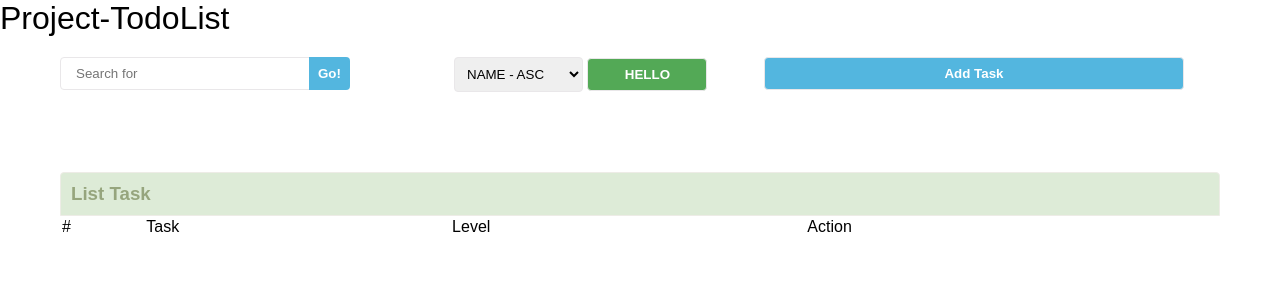
Repository: dinhconglam2306/frontend_tu_xa
Page: B08/Exercise_todolist/index.html
These files come from the project's save history. The page is drawn as it stood at one moment and after the next save; the edit follows.
The browser window is 1280 px wide. The pictures show the whole page.

Above is the page before, as saved 2021-04-15 02:56:07.

### B08/Exercise_todolist/index.html
<!DOCTYPE html>
<html lang="en">
  <head>
    <meta charset="UTF-8" />
    <meta http-equiv="X-UA-Compatible" content="IE=edge" />
    <meta name="viewport" content="width=device-width, initial-scale=1.0" />
    <title>Document</title>
    <link rel="stylesheet" href="css/style.css" />
  </head>
  <body>
    <h1>Project-TodoList</h1>
    <div id="container" class="container">
      <div class="container_right">
        <input class="search" type="search" placeholder="Search for" />
        <button class="search_go">Go!</button>
      </div>

      <div class="container_center">
        <select id="sort_by">
          <option value="name_asc">NAME - ASC</option>
          <option value="name_desc">NAME - DESC</option>
          <option value="level_asc">LEVEL - ASC</option>
          <option value="level_desc">LEVEL - DESC</option>
          <!-- <option value="sort_by" selected></option> -->
        </select>
        <button class="button_sort_by">HELLO</button>
      </div>

      <div class="container_left">
        <button class="add_task" onclick="showAddTask();">Add Task</button>
        <div class="container_left_bottom" id="container_left_bottom">
          <div>
            <input
              class="task_name"
              id="task_name"
              type="text"
              placeholder="Task Name"
            />
            <select id="level" value="Hight">
              <!-- <option value="medium" selected>Medium</option>
                        <option value="hight">Hight</option>
                        <option value="small">Small</option> -->
            </select>
            <button
              class="submit"
              id="btn-createListTask"
              onclick="createListTask();"
            >
              Submit</button
            ><br />
            <button class="cancel" id="cancel" onclick="Cancel();">
              Cancel
            </button>
          </div>
        </div>
      </div>
    </div>

    <div class="table_list_task">
      <h3 class="title">List Task</h3>
      <table id="list-task">
        <tr class="tr-table">
          <td>#</td>
          <td>Task</td>
          <td>Level</td>
          <td>Action</td>
        </tr>
      </table>
    </div>

    <script src="js/showAddTask.js"></script>
    <script src="js/createListTask.js"></script>
  </body>
</html>

### B08/Exercise_todolist/css/style.css
* {
  margin: 0px;
  padding: 0px;
  font-family: Arial, Helvetica, sans-serif;
  box-sizing: border-box;
}

#container {
  width: 100%;
  display: flex;
  justify-content: space-between;
  padding: 20px;
}
h1 {
  font-weight: 200;
}
/* ===========CONTAINER-RIGHT================ */
#container .container_right {
  width: 35%;
  position: relative;
  display: inline-block;
}
#container .container_right .search {
  width: 250px;
  border: 1px solid #e9e7e9;
  border-top-left-radius: 4px;
  border-bottom-left-radius: 4px;
  padding: 8px;
  margin-left: 40px;
  outline: none;
  padding-left: 15px;
  cursor: pointer;
}
#container .container_right .search:focus {
  box-shadow: -1px -1px rgb(212, 205, 212);
}
#container .container_right .search_go {
  padding: 9px;
  background-color: #53b6df;
  color: white;
  border-top-right-radius: 4px;
  border-bottom-right-radius: 4px;
  border: none;
  position: absolute;
  left: 289px;
  outline: none;
  cursor: pointer;
  font-weight: bold;
}
#container .container_right .search_go:hover {
  background-color: rgb(195, 233, 121);
  color: black;
}

/* ===========CONTAINER-CENTER================ */
#container .container_center {
  width: 25%;
}
#container .container_center #sort_by {
  padding: 8px;
  border-radius: 4px;
  outline: none;
  border: 1px solid #e9e7e9;
}
#container .container_center .button_sort_by {
  min-width: 120px;
  padding: 8px;
  border-radius: 4px;
  border: 1px solid #e9e7e9;
  background-color: #53a956;
  font-weight: bold;
  color: white;
  outline: none;
  cursor: pointer;
}
#container .container_center .button_sort_by:hover {
  background-color: #53b6df;
}

/* ===========CONTAINER-LEFT================ */
#container .container_left {
  width: 40%;
  display: inline-block;
}
#container .container_left .add_task {
  width: 420px;
  padding: 8px;
  background-color: #53b6df;
  color: white;
  border-radius: 4px;
  border: 1px solid #e9e7e9;
  outline: none;
  font-weight: bold;
  cursor: pointer;
}
#container .container_left .add_task:hover {
  background-color: rgb(195, 233, 121);
  color: black;
}
#container .container_left .container_left_bottom {
  display: none;
  margin-top: 20px;
}
#container .container_left .container_left_bottom .task_name {
  border: 1px solid #e9e7e9;
  border-radius: 4px;
  padding: 8px;
  outline: none;
  padding-left: 15px;
  cursor: pointer;
}
#container .container_left .container_left_bottom #level {
  padding: 8px;
  border-radius: 4px;
  outline: none;
  border: 1px solid #e9e7e9;
}
#container .container_left .container_left_bottom .submit {
  padding: 8px;
  border-radius: 4px;
  border: 1px solid #e9e7e9;
  background-color: #2b76bb;
  color: white;
  outline: none;
  cursor: pointer;
}
#container .container_left .container_left_bottom .cancel {
  padding: 8px;
  border-radius: 4px;
  border: 1px solid #e9e7e9;
  outline: none;
  cursor: pointer;
  background-color: white;
}
/* ===========TABLE-LIST-TASK================ */
.table_list_task {
  padding: 60px;
}
.table_list_task .title {
  border: 1px solid #edece6;
  padding: 10px;
  border-top-left-radius: 4px;
  border-top-right-radius: 4px;
  background-color: #ddebd7;
  color: #96a57d;
}

table {
  width: 100%;
}

### B08/Exercise_todolist/js/showAddTask.js
 var clickAddTask = 0;
function showAddTask(){
  var showAddTask = document.getElementById("container_left_bottom");
  clickAddTask+=1;
  if(clickAddTask %2!=0){
    showAddTask.style.display="block"
  }else{
    showAddTask.style.display="none"
  }

}
// function Cancel(){
//   var showAddTask = document.getElementById("container_left_bottom");
//   showAddTask.style.display="none"
// }

Loaded but not shown: B08/Exercise_todolist/js/createListTask.js (no stored copy; drawn as an empty file)

After the next save:
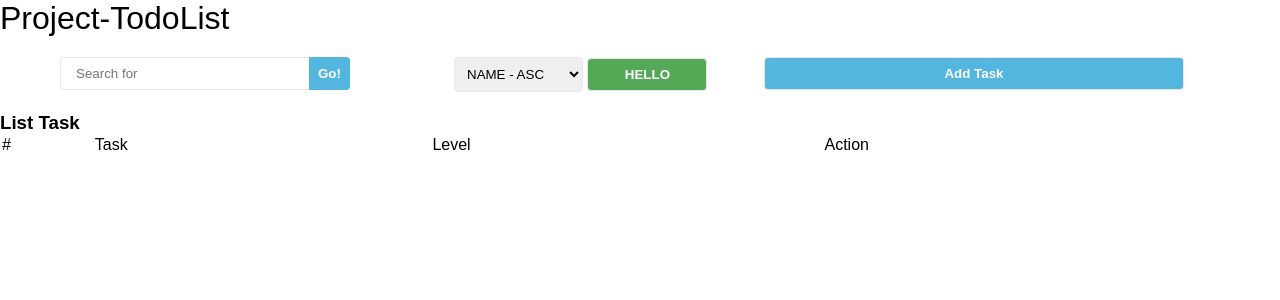
Saved 8 s later.
--- a/B08/Exercise_todolist/index.html
+++ b/B08/Exercise_todolist/index.html
@@ -56,7 +56,7 @@
       </div>
     </div>
 
-    <div class="table_list_task">
+    <div class="task">
       <h3 class="title">List Task</h3>
       <table id="list-task">
         <tr class="tr-table">

After the save that followed:
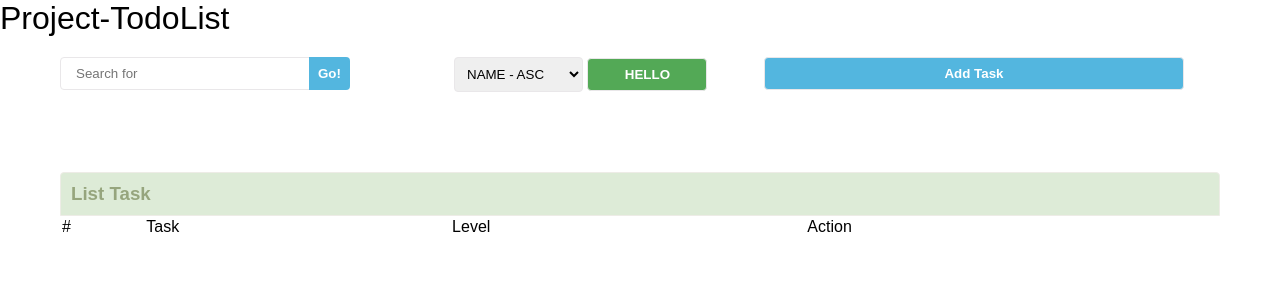
Saved 15 s later.
--- a/B08/Exercise_todolist/css/style.css
+++ b/B08/Exercise_todolist/css/style.css
@@ -133,10 +133,10 @@ h1 {
   background-color: white;
 }
 /* ===========TABLE-LIST-TASK================ */
-.table_list_task {
+.task {
   padding: 60px;
 }
-.table_list_task .title {
+.task .title {
   border: 1px solid #edece6;
   padding: 10px;
   border-top-left-radius: 4px;
